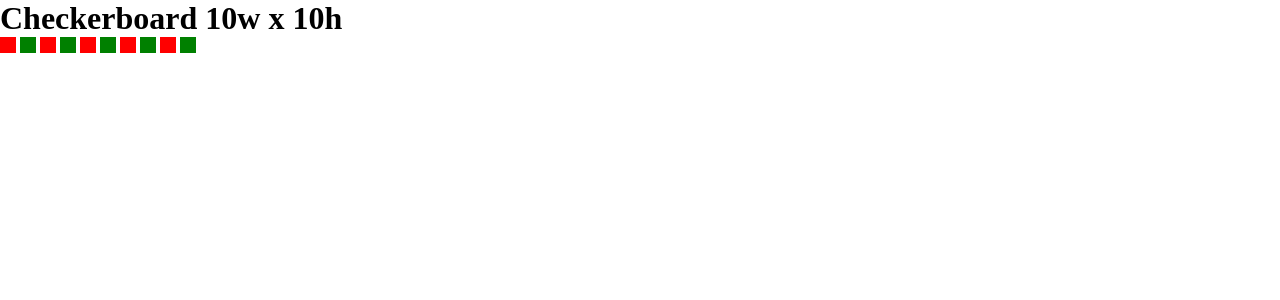
Repository: bchang1213/javaEE
Page: http://localhost/Checkerboard/view.jsp
An editor plug-in stored every save of this project. The page is shown before and after the next save, followed by the edit.
The browser window is 1280 px wide. The pictures show the whole page.
The page is served by Tomcat 9.

Above is the page before, as saved 2017-10-05 20:41:41.

### Checkerboard/WebContent/view.jsp
<%@ page language="java" contentType="text/html; charset=UTF-8"
    pageEncoding="UTF-8"%>
<!DOCTYPE html PUBLIC "-//W3C//DTD HTML 4.01 Transitional//EN" "http://www.w3.org/TR/html4/loose.dtd">
<html>
<head>
	<meta http-equiv="Content-Type" content="text/html; charset=UTF-8">
	<title>Checkerboard</title>
	<link rel="stylesheet" type="text/css" href="style.css">
</head>
<body>

	<%
	String w = request.getParameter("width");
	String h = request.getParameter("height");
	Integer width = 0;
	Integer height = 0;
	%>
	<% if(w == null) { %>
		<% width = 10; %>
	<% } else { %>
		<% width = Integer.parseInt(w); %>
	<% } %>

	<% if(h == null) { %>
		<% height = 10; %>
	<% } else { %>
		<% height = Integer.parseInt(h); %>
	<% } %>

	<h1>Checkerboard <%= width %>w x <%=  height %>h</h1>
	<div id="checkerboard">
		<%for(int i = 1; i <= width;i++){ %>
			<div class='block'></div>
		<%} %>
	</div>

</body>
</html>

### Checkerboard/WebContent/style.css
* {
	margin: 0px;
	padding: 0px;
}

body{
	width: 500px;
	height: 500px;
}

div.block{
	display: inline-block;
}

div.block:nth-child(odd){
	width:1em;
	height: 1em;
	background-color:red;

}

div.block:nth-child(even){
	width:1em;
	height: 1em;
	background-color:green;
}

After the next save:
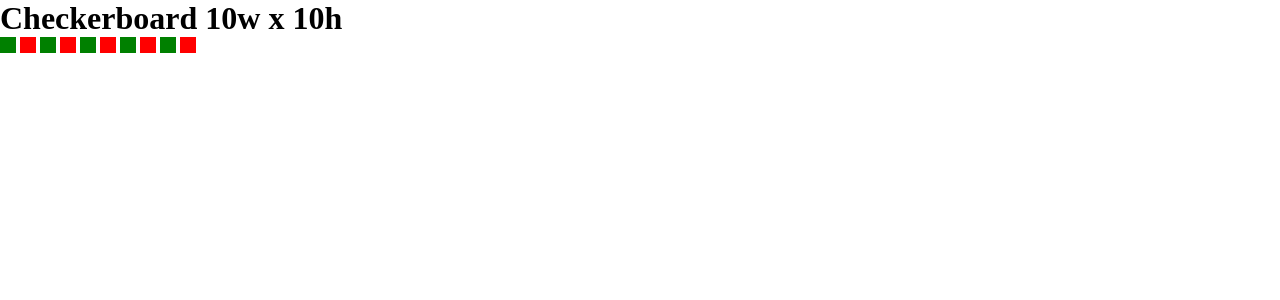
Saved 21 s later.
--- a/Checkerboard/WebContent/view.jsp
+++ b/Checkerboard/WebContent/view.jsp
@@ -28,11 +28,10 @@
 	<% } %>
 
 	<h1>Checkerboard <%= width %>w x <%=  height %>h</h1>
-	<div id="checkerboard">
 		<%for(int i = 1; i <= width;i++){ %>
 			<div class='block'></div>
 		<%} %>
-	</div>
+
 
 </body>
 </html>

After the save that followed:
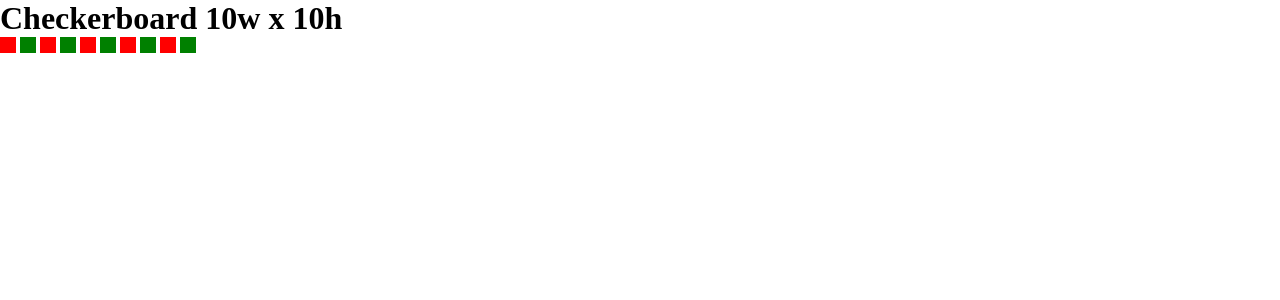
Saved 5 s later.
--- a/Checkerboard/WebContent/view.jsp
+++ b/Checkerboard/WebContent/view.jsp
@@ -28,10 +28,11 @@
 	<% } %>
 
 	<h1>Checkerboard <%= width %>w x <%=  height %>h</h1>
+	<div id="checkerboard">
 		<%for(int i = 1; i <= width;i++){ %>
 			<div class='block'></div>
 		<%} %>
-
+	</div>
 
 </body>
 </html>
